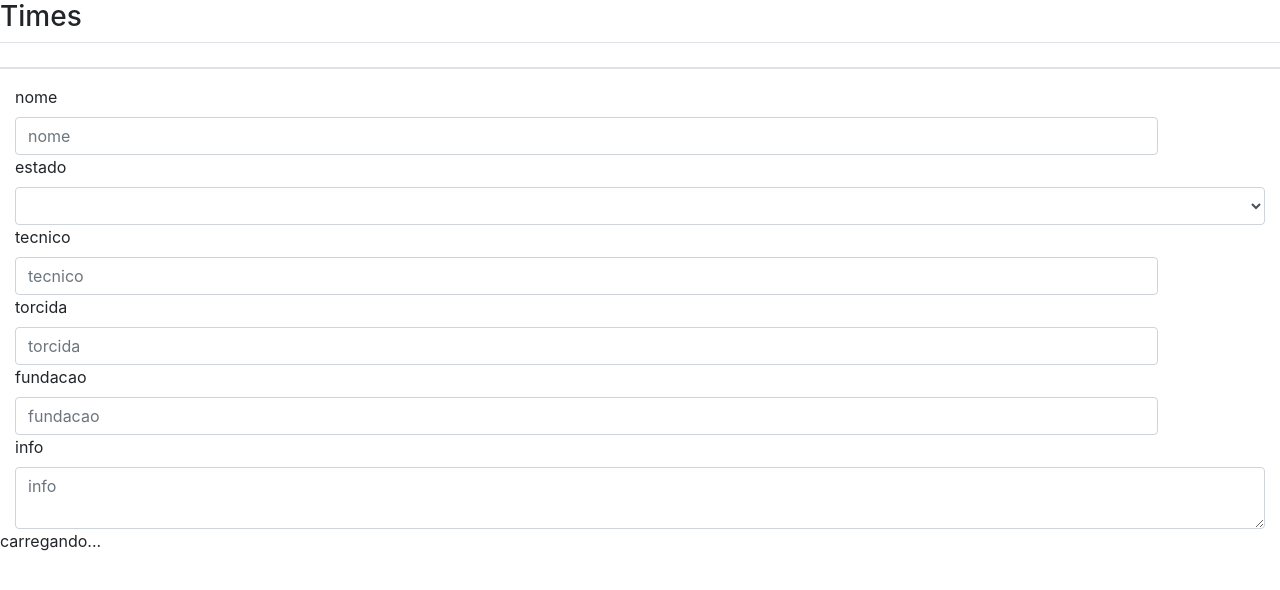
Repository: ecrseer/vuesheetpost
Page: /
An editor plug-in stored every save of this project. The page is shown before and after the next save, followed by the edit.
The browser window is 1280 px wide. The pictures show the whole page.
The page's requests for data from a server got no answer. The project was rebuilt for these pictures with package versions that can differ from the ones it lists, and the page was loaded fresh each time. No one was signed in, and anything a server would have sent is missing. Also part of the build but not shown: vite.config.js, vue.config.js.

Above is the page before, as saved 2021-08-23 16:07:19.

After the next save:
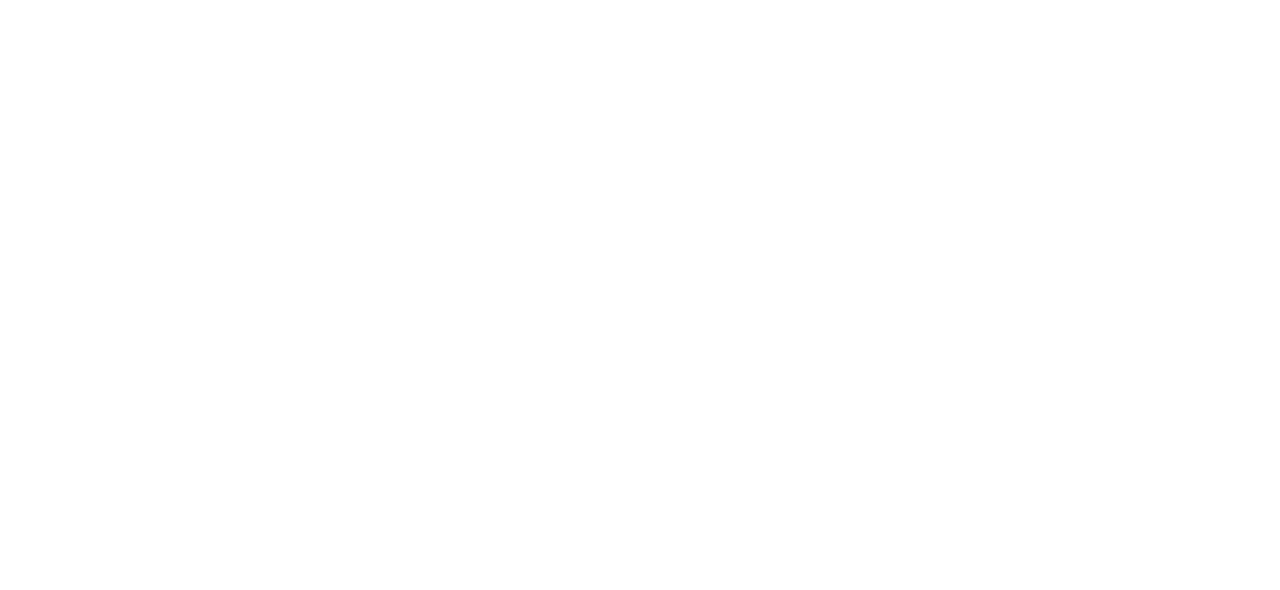
Console error: ReferenceError: handle is not defined
Saved 6 min 24 s later.
--- a/src/components/TabelaMarota.vue
+++ b/src/components/TabelaMarota.vue
@@ -42,6 +42,9 @@
 <script>
 export default {
   name: 'TabelaMarota',
-  props:['lista']
+  props:['lista'],
+  methods:{
+    handle
+  }
 }
 </script>

After the save that followed:
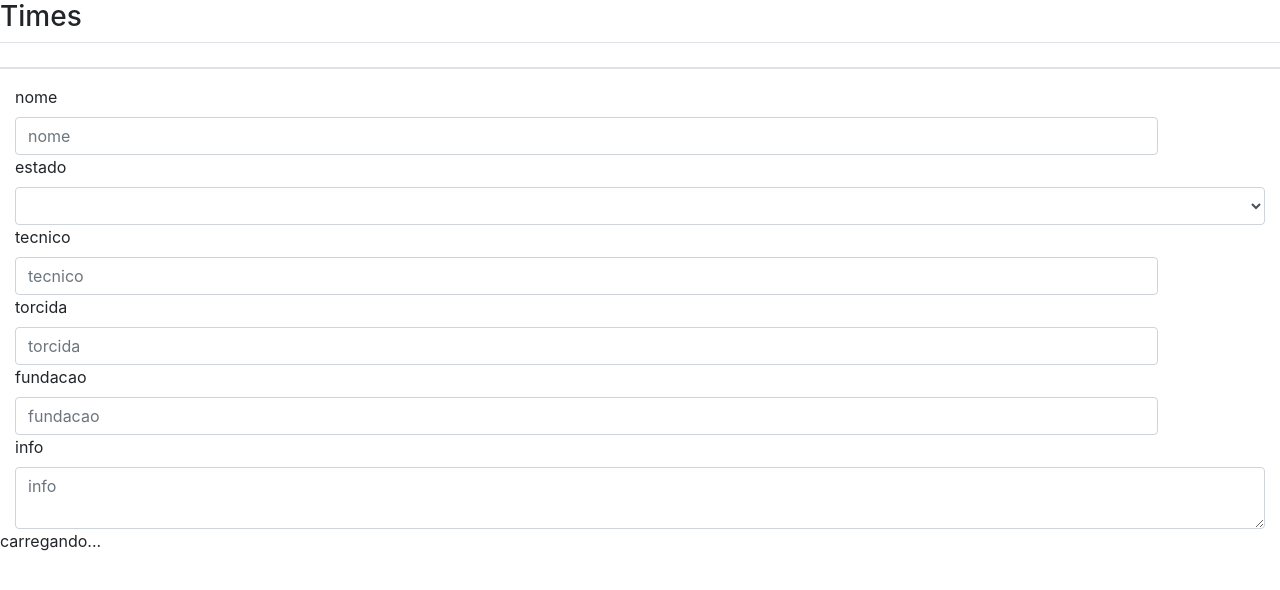
The error is gone.
Saved 9 s later.
--- a/src/components/TabelaMarota.vue
+++ b/src/components/TabelaMarota.vue
@@ -44,7 +44,9 @@
   name: 'TabelaMarota',
   props:['lista'],
   methods:{
-    handle
+    handleItemSelecionado(){
+
+    }
   }
 }
 </script>
